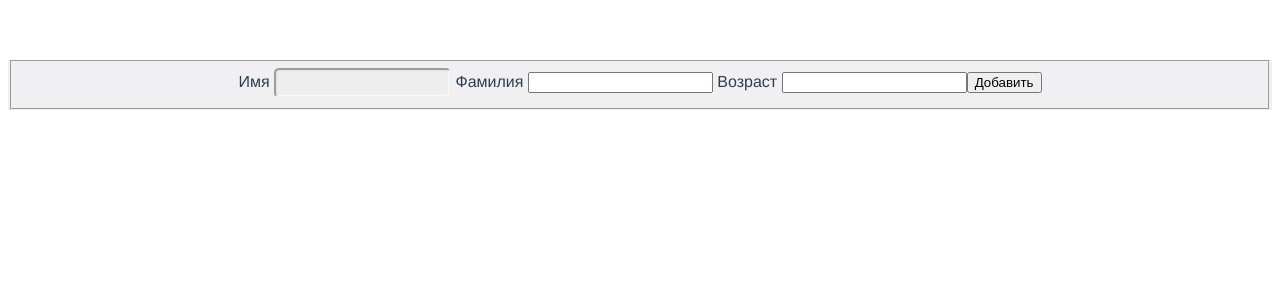
Repository: shum89/test-vue-table
Page: /
These files come from the project's save history. The page is drawn as it stood at one moment and after the next save; the edit follows.
The browser window is 1280 px wide. The pictures show the whole page.
The first visible `.form__input` has the focus.
The project was rebuilt for these pictures with package versions that can differ from the ones it lists, and the page was loaded fresh each time. Also part of the build but not shown: vue.config.js.

Above is the page before, as saved 2021-07-18 13:20:35.

### src/App.vue
<template>
  <Form @submit="addData" />
  <Table @remove="removeData" :list="list" />
</template>
<script>
import { uuid } from 'vue-uuid';
import { ref } from 'vue';
import Form from './components/Form.vue';
import Table from './components/Table.vue';

export default {
  components: { Form, Table },
  setup() {
    const list = ref([]);

    const normalizeString = (str) => {
      const result = str.charAt(0).toUpperCase() + str.slice(1).toLowerCase();
      return result;
    };

    const addData = (person) => {
      list.value.push({
        firstName: normalizeString(person.firstName),
        lastName: normalizeString(person.lastName),
        age: person.age,
        id: uuid.v1(),
      });
    };

    const removeData = (id) => {
      list.value = list.value.filter((i) => i.id !== id);
    };

    return {
      list,
      addData,
      removeData,
    };
  },
};
</script>
<script></script>

<style>
#app {
  font-family: Avenir, Helvetica, Arial, sans-serif;
  -webkit-font-smoothing: antialiased;
  -moz-osx-font-smoothing: grayscale;
  text-align: center;
  color: #2c3e50;
  margin-top: 60px;
  background: #f0f0f3;
}
.table__row-group {
  display: flex;
  align-items: center;
  flex-direction: column;
}
.table__row {
  display: grid;
  gap: 5px;
  grid-template-columns: repeat(3, 1fr);
  justify-content: center;
  max-width: 500px;
  width: 100%;
}
</style>

### src/components/Form.vue
<template>
  <form @submit.prevent="onSubmit">
    <fieldset>
      <label for="firstName">
        Имя
        <input class="form__input" v-model="person.firstName" type="text" id="firstName" />
      </label>

      <label for="lastName">
        Фамилия
        <input v-model="person.lastName" type="text" id="lastName" />
      </label>
      <label for="age">
        Возраст
        <input v-model="person.age" type="number" id="age" />
      </label>
      <button type="submit">Добавить</button>
    </fieldset>
  </form>
</template>

<script>
import { reactive } from 'vue';

export default {
  setup(_, { emit }) {
    const person = reactive({
      firstName: '',
      lastName: '',
      age: '',
    });
    const onSubmit = () => {
      emit('submit', person);
    };

    return { onSubmit, person };
  },

  name: 'Form',
  inheritAttrs: false,
};
</script>

<style scoped>
.form__input {
  width: 169px;
  height: 24px;
  left: 506px;
  top: 45px;
  background: #f0f0f3;
  box-shadow: -1px -1px 3px #ffffff, 1.5px 1.5px 3px rgba(174, 174, 192, 0.4);
  border-radius: 5px;
  border-color: transparent;
}
.form__input:focus-within {
  background: #eeeeee;
  border-color: #f0f0f3;
  box-shadow: inset -1px -1px 1px rgba(255, 255, 255, 0.7),
    inset 1px 1px 2px rgba(174, 174, 192, 0.2);
  outline: 0;
}
</style>

### src/components/Table.vue
<template>
  <div v-if="list.length > 0" class="table" role="grid" aria-colcount="3">
    <div class="table__row-group" role="rowgroup">
      <div class="table__row" role="row">
        <span role="columnheader" aria-colindex="1">First Name</span>
        <span role="columnheader" aria-colindex="2">Last Name</span>
        <span role="columnheader" aria-colindex="3">Age</span>
      </div>
    </div>
    <div class="table__row-group" role="rowgroup">
      <div class="table__row" v-for="listItems in list" :key="listItems.id" role="row">
        <div aria-colindex="1" role="gridcell">
          <span> {{ listItems.firstName }}</span>
        </div>
        <div aria-colindex="2" role="gridcell">
          <span> {{ listItems.lastName }}</span>
        </div>
        <div aria-colindex="3" role="gridcell">
          <span>{{ listItems.age }}</span>
        </div>
        <button @click="removeData(listItems.id)">X</button>
      </div>
    </div>
  </div>
</template>

<script>
export default {
  props: {
    list: Array,
  },
  setup(_, { emit }) {
    const removeData = (id) => {
      emit('remove', id);
    };
    return { removeData };
  },
  name: 'Table',
};
</script>

<style></style>

Loaded but not shown: public/index.html (common file); src/main.js (common file)

After the next save:
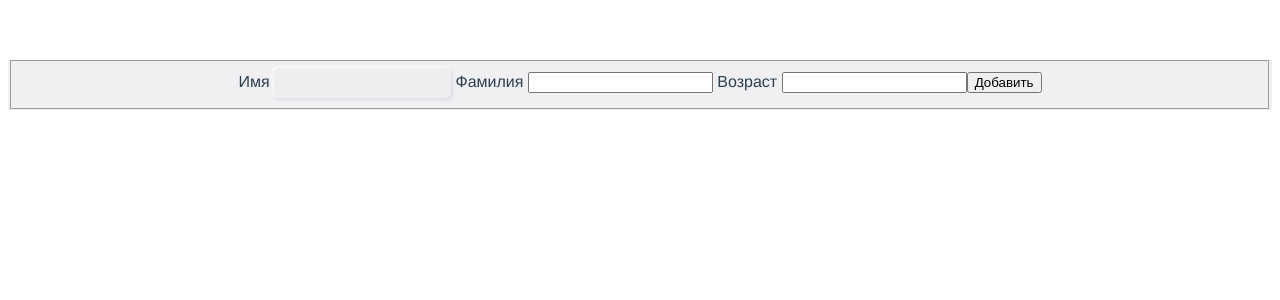
Saved 64 s later.
--- a/src/components/Form.vue
+++ b/src/components/Form.vue
@@ -54,9 +54,6 @@ export default {
 }
 .form__input:focus-within {
   background: #eeeeee;
-  border-color: #f0f0f3;
-  box-shadow: inset -1px -1px 1px rgba(255, 255, 255, 0.7),
-    inset 1px 1px 2px rgba(174, 174, 192, 0.2);
   outline: 0;
 }
 </style>
